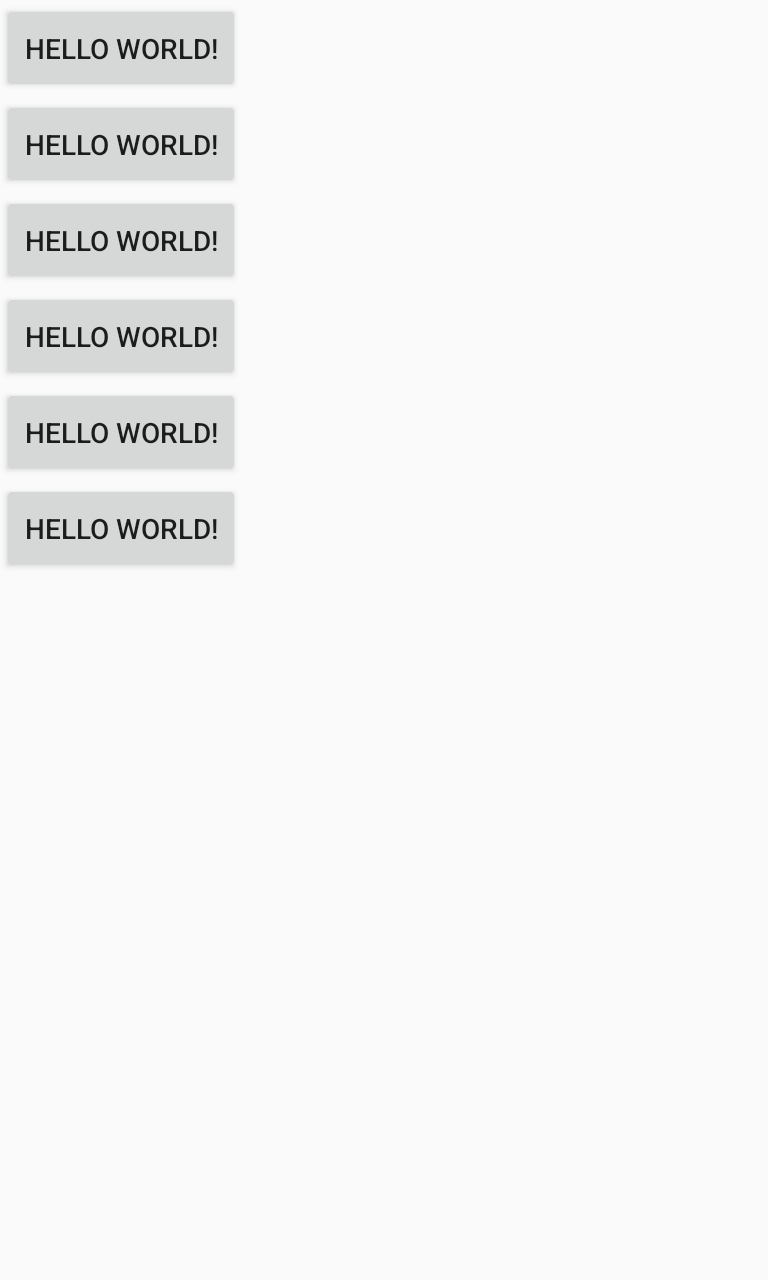
Repository: A207/guanjingjing
Layout: day4/Second/res/layout/activity_main.xml
The author's editor kept a copy of each file at every save. The layout is drawn from the files as they stood at one save, then again after the next save.
It is drawn on a 768 x 1280 px phone screen (xhdpi) without system bars, with theme AppTheme; the app's code is not run.

Above is the layout before, as saved 2015-07-09 09:19:56.

### day4/Second/res/layout/activity_main.xml
<LinearLayout xmlns:android="http://schemas.android.com/apk/res/android"
    android:layout_width="match_parent"
    android:layout_height="match_parent"
    android:orientation="vertical" >

    <Button
        android:layout_width="wrap_content"
        android:layout_height="wrap_content"
        android:text="@string/hello_world" />
    <Button
        android:layout_width="wrap_content"
        android:layout_height="wrap_content"
        android:text="@string/hello_world" />
    <Button
        android:layout_width="wrap_content"
        android:layout_height="wrap_content"
        android:text="@string/hello_world" />
    <Button
        android:layout_width="wrap_content"
        android:layout_height="wrap_content"
        android:text="@string/hello_world" />
    <Button
        android:layout_width="wrap_content"
        android:layout_height="wrap_content"
        android:text="@string/hello_world" />
    <Button
        android:layout_width="wrap_content"
        android:layout_height="wrap_content"
        android:text="@string/hello_world" />

</LinearLayout>

### day4/Second/res/values/strings.xml
<?xml version="1.0" encoding="utf-8"?>
<resources>

    <string name="app_name">Second</string>
    <string name="hello_world">Hello world!</string>
    <string name="action_settings">Settings</string>

</resources>

Loaded but not shown: day4/Second/res/values/styles.xml (common file); day4/Second/res/values-v11/styles.xml (common file); day4/Second/res/values-v14/styles.xml (common file)

After the next save:
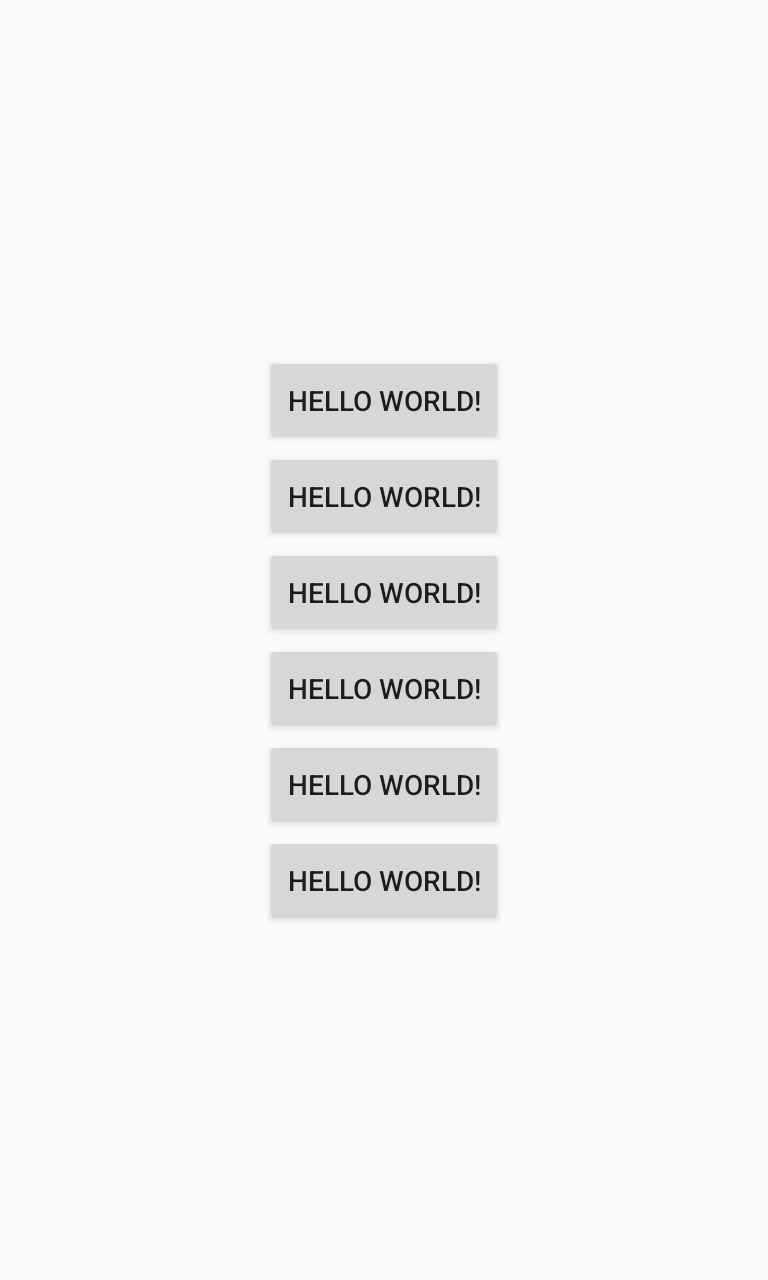
Saved 41 min 29 s later.
--- a/day4/Second/res/layout/activity_main.xml
+++ b/day4/Second/res/layout/activity_main.xml
@@ -1,7 +1,8 @@
 <LinearLayout xmlns:android="http://schemas.android.com/apk/res/android"
     android:layout_width="match_parent"
     android:layout_height="match_parent"
-    android:orientation="vertical" >
+    android:orientation="vertical"
+    android:gravity="center" >
 
     <Button
         android:layout_width="wrap_content"
